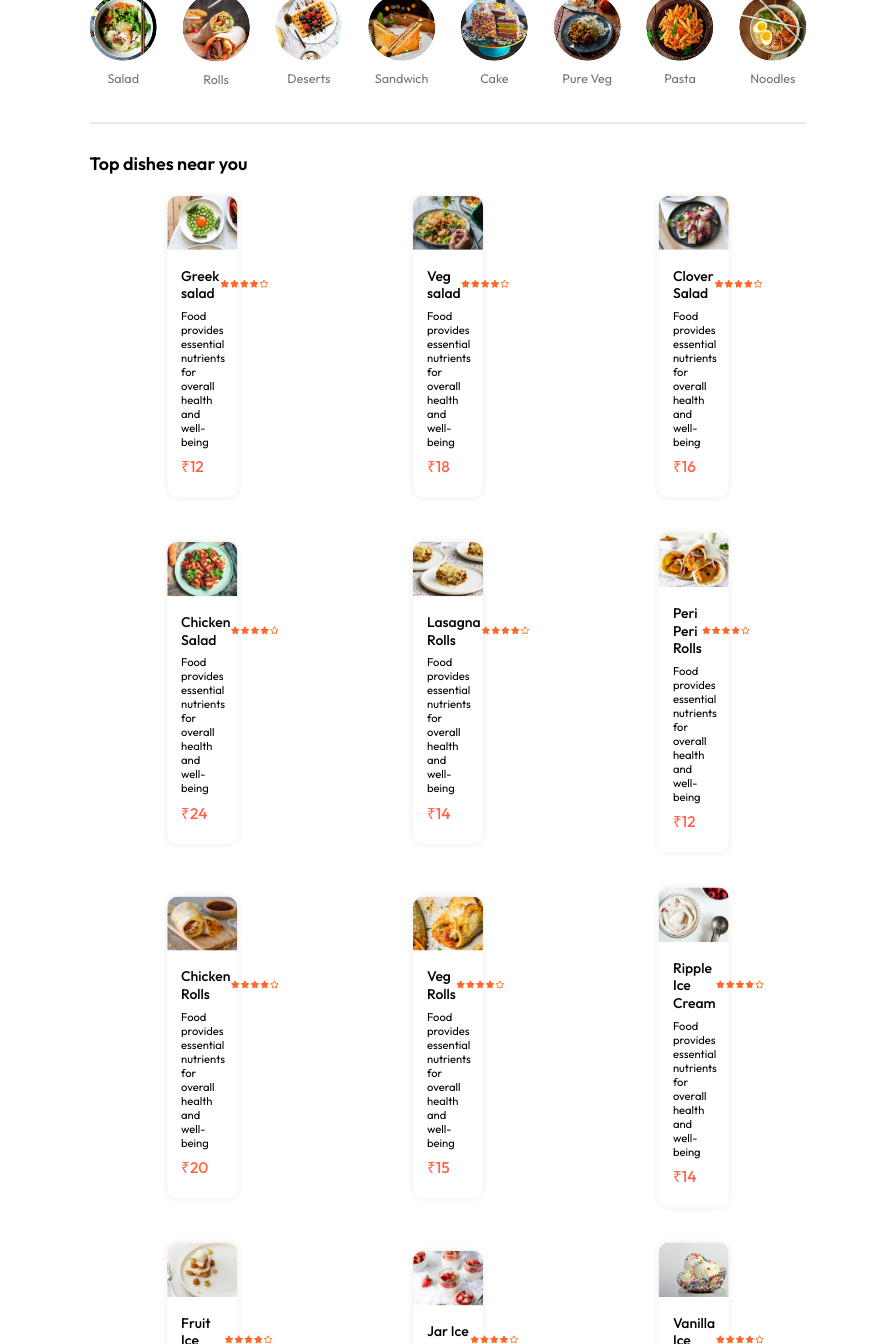
Repository: KartikChouhan03/food-delivery-app
Page: / (app in frontend/)
An editor plug-in stored every save of this project. The page is shown before and after the next save, followed by the edit.
The browser window is 1280 px wide. The pictures show the part of the page from y = 747 to 2667 px (the page is 6376 px tall before and 4526 px after), at 70% of full size.
Some web fonts or font styles are not loaded; a fallback is used. The project was rebuilt for these pictures with package versions that can differ from the ones it lists, and the page was loaded fresh each time. Also part of the build but not shown: frontend/vite.config.js, frontend/src/pages/Cart/Cart.css, frontend/src/pages/Cart/Cart.jsx, frontend/src/pages/PlaceOrder/PlaceOrder.css, frontend/src/pages/PlaceOrder/PlaceOrder.jsx.

Above is the page before, as saved 2025-08-16 00:23:03.

After the next save:
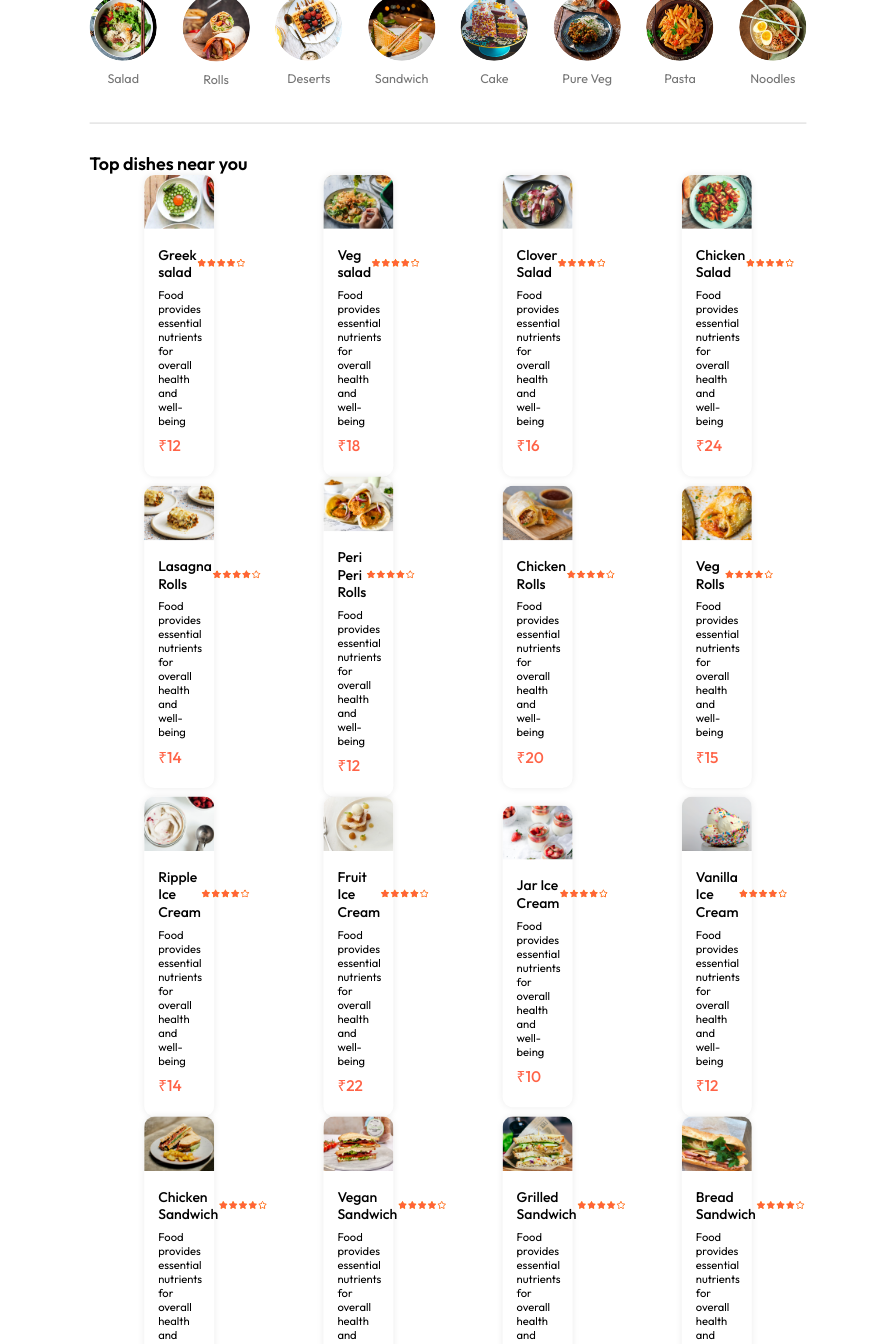
Saved 95 s later.
--- a/frontend/src/components/FoodDisplay/FoodDisplay.css
+++ b/frontend/src/components/FoodDisplay/FoodDisplay.css
@@ -10,7 +10,5 @@
 .food-display-list{
     display: grid;
     grid-template-columns: repeat(auto-fill,minmax(240px,1fr));
-    margin-top: 30px;
-    gap:30px;
-    row-gap: 50px;
+
 }

After the 2 saves that followed:
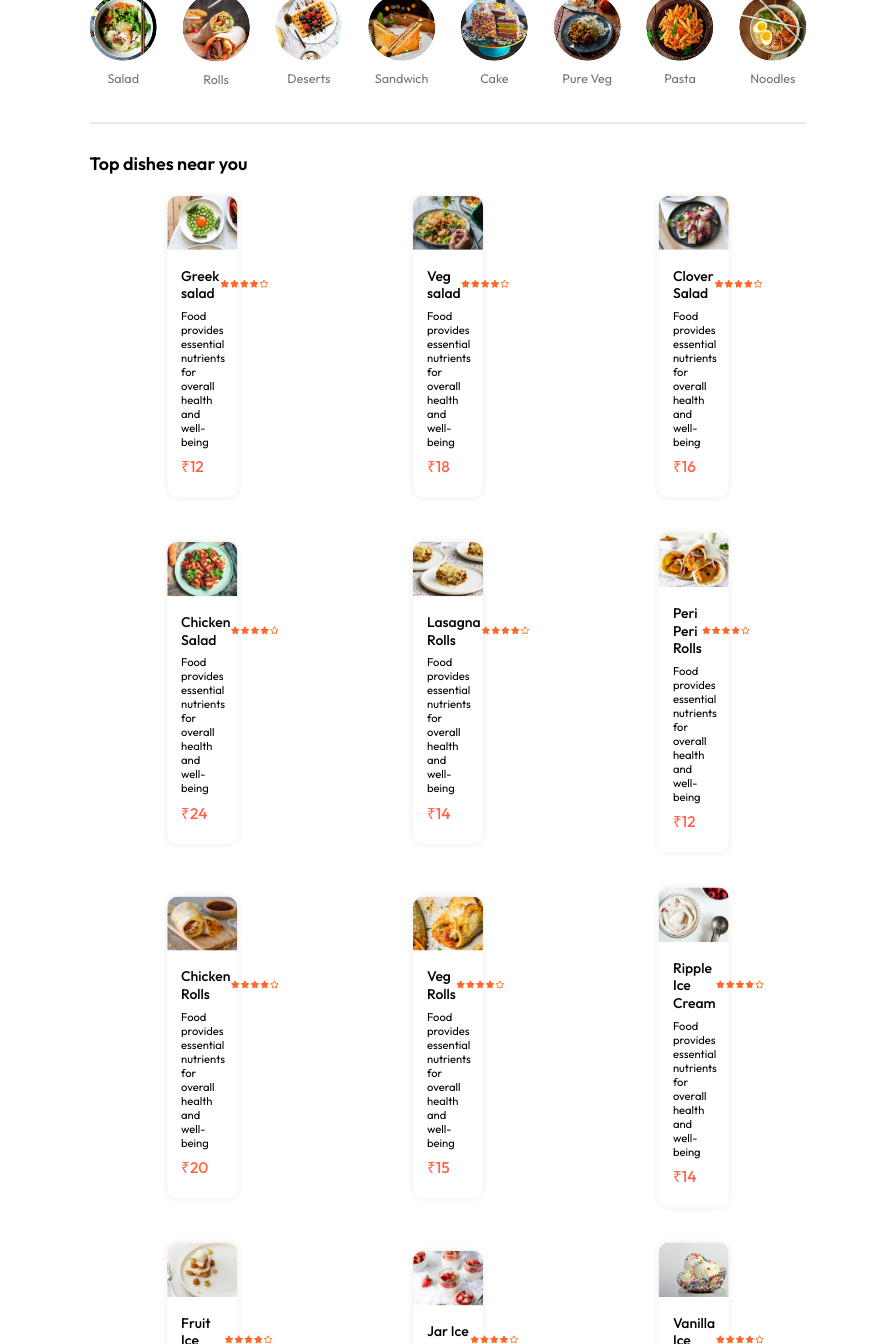
The 2 saves are shown as one change because they came seconds apart.
The last was saved 11 s later.
--- a/frontend/src/components/FoodDisplay/FoodDisplay.css
+++ b/frontend/src/components/FoodDisplay/FoodDisplay.css
@@ -10,5 +10,7 @@
 .food-display-list{
     display: grid;
     grid-template-columns: repeat(auto-fill,minmax(240px,1fr));
-
+    margin-top: 30px;
+    gap:30px;
+    row-gap: 50px;
 }
